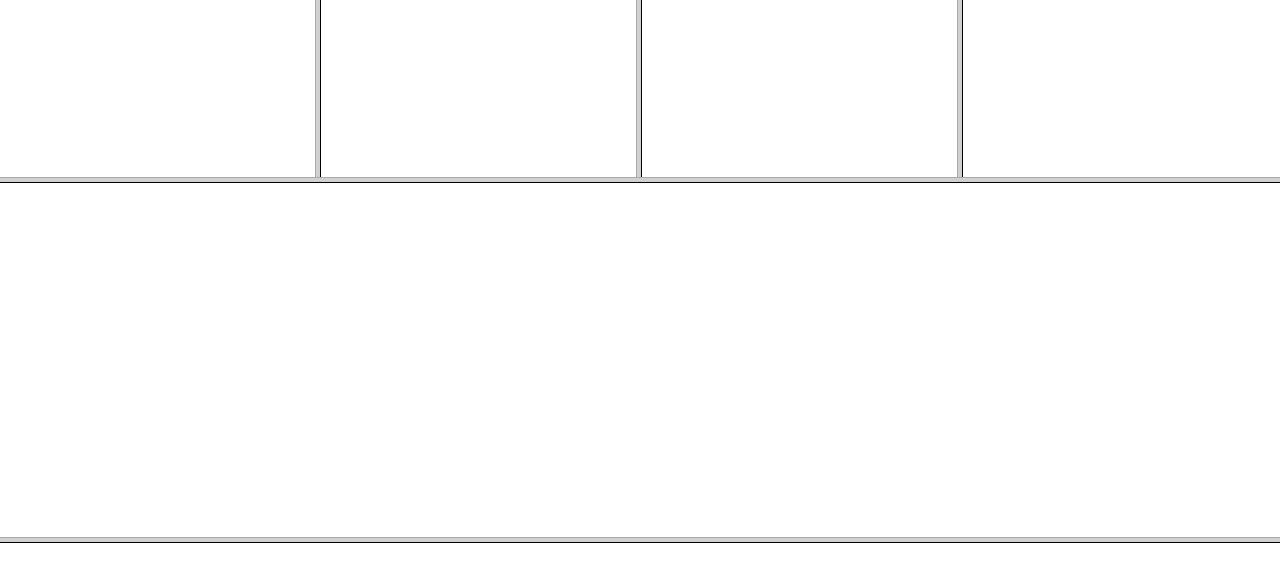
Repository: paul2oh/hellowjava
Page: workspace/javastart_svn/src/javastart/WebContent/clientPrg/a01_html/a05_test1.html
The author's editor kept a copy of each file at every save. The page is drawn from the files as they stood at one save, then again after the next save.
The browser window is 1280 px wide. The pictures show the whole page.

Above is the page before, as saved 2017-01-03 10:12:34.

After the next save:
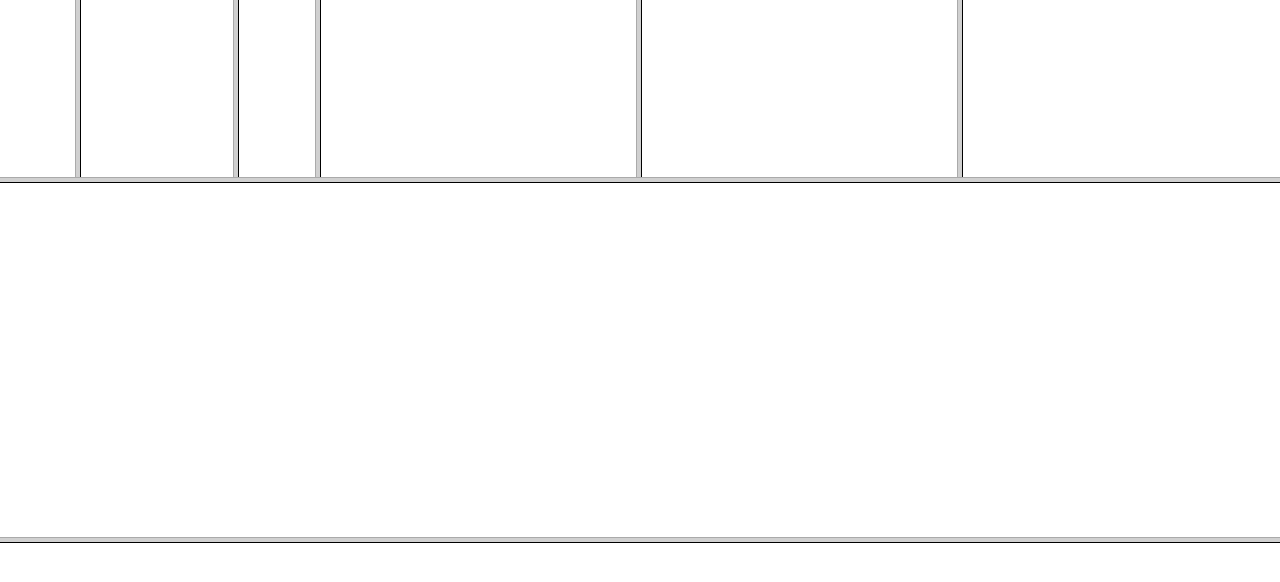
Saved 19 s later.
--- a/workspace/javastart_svn/src/javastart/WebContent/clientPrg/a01_html/a05_test1.html
+++ b/workspace/javastart_svn/src/javastart/WebContent/clientPrg/a01_html/a05_test1.html
@@ -47,7 +47,11 @@
 <!-- 4번 -->
 <frameset rows="25%,50%,25%">
 	<frameset cols="25%,25%,25%,25%">
-	<frameset cols="25%,50%,25%"></frameset>
+	<frameset cols="25%,50%,25%">
+	<frame />
+	<frame />
+	<frame />
+	</frameset>
 	<frame />
 	<frame />
 	<frame />

After the save that followed:
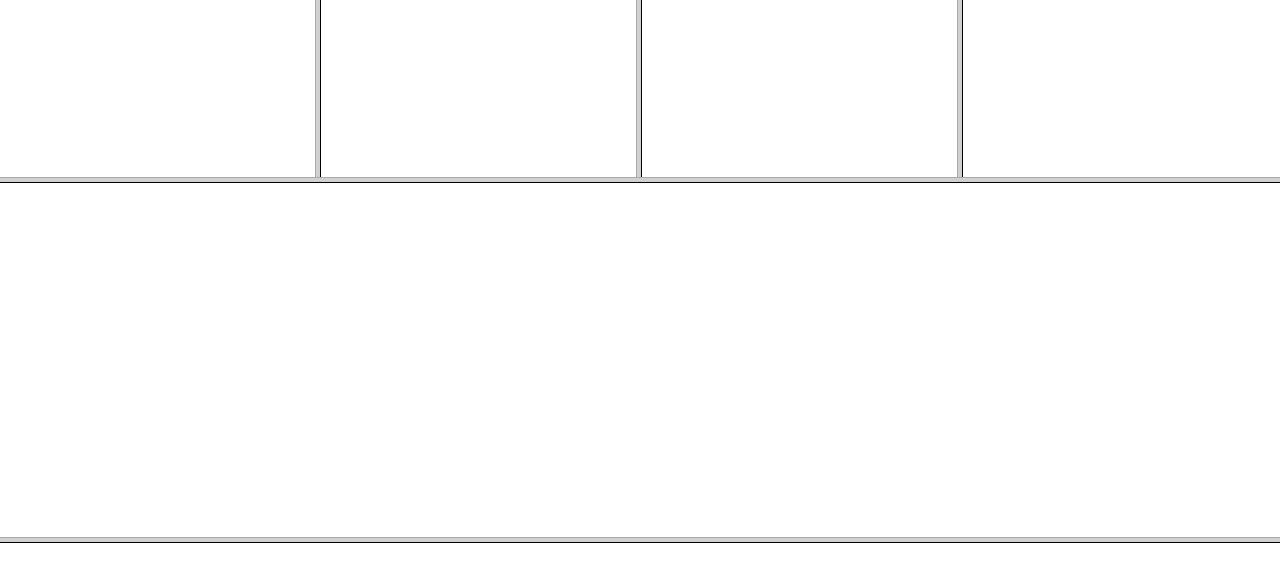
Saved 44 s later.
--- a/workspace/javastart_svn/src/javastart/WebContent/clientPrg/a01_html/a05_test1.html
+++ b/workspace/javastart_svn/src/javastart/WebContent/clientPrg/a01_html/a05_test1.html
@@ -47,7 +47,7 @@
 <!-- 4번 -->
 <frameset rows="25%,50%,25%">
 	<frameset cols="25%,25%,25%,25%">
-	<frameset cols="25%,50%,25%">
+	<frame />
 	<frame />
 	<frame />
 	<frame />
@@ -57,7 +57,7 @@
 	<frame />
 
 	</frameset>
-	<frame  />
+	<frameset cols="25%,50%,25%">
 	<frame  />
 
 
